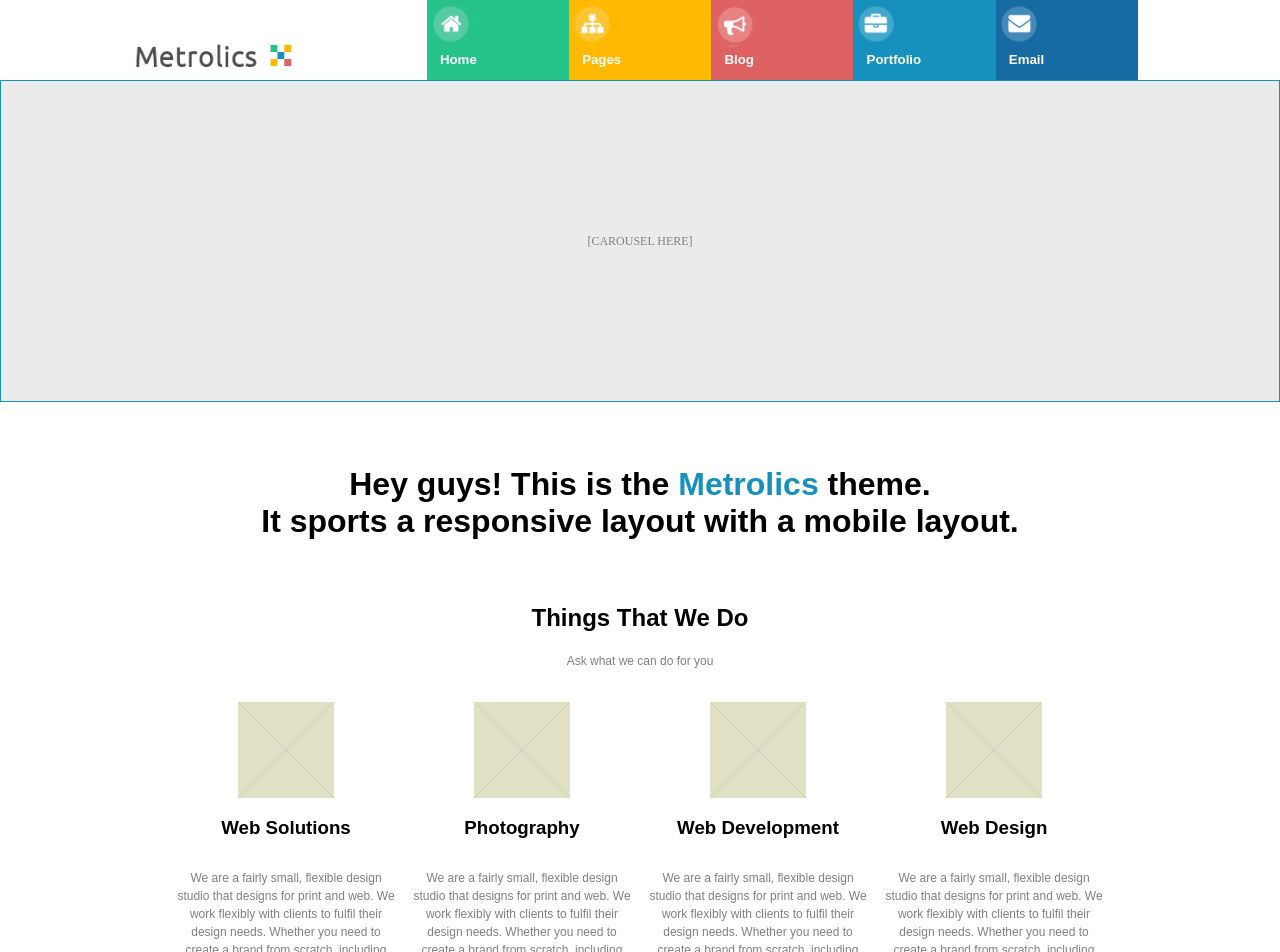
Repository: pjiang604/mdia2003-lab03b
Page: index.html
The author's editor kept a copy of each file at every save. The page is drawn from the files as they stood at one save, then again after the next save.
The browser window is 1280 px wide. The pictures show the part of the page from y = 0 to 952 px (the page is 2864 px tall).

Above is the page before, as saved 2023-01-31 21:52:32.

### index.html
<!DOCTYPE html>
<html lang="en">

<head>
    <meta charset="UTF-8">
    <meta http-equiv="X-UA-Compatible" content="IE=edge">
    <meta name="viewport" content="width=device-width, initial-scale=1.0">
    <title>Metrolics</title>
    <link rel="stylesheet" href="style.css">
    <link rel="preconnect" href="https://fonts.google.com/specimen/Ubuntu?query=ubuntu">
</head>

<body>
    <nav>
        <div class="nav row l-col-6-1 m-col-6-1 s-col-2-2">
            <div class="logoColumn">
                <img src="img/icons/logo.png" alt="logo" class="logo">
            </div>
            <a href="/">
                <div class="col hide navTab homeTab">
                    <img src="img/icons/home.png" class="navBarIcons">
                    <h5>Home</h5>
                </div>
            </a>
            <a href="/">
                <div class="col hide navTab pagesTab">
                    <img src="img/icons/pages.png" class="navBarIcons">
                    <h5> Pages</h5>
                </div>
            </a>
            <a href="/">
                <div class="col hide navTab blogTab">
                    <img src="img/icons/blog.png" class="navBarIcons">
                    <h5>Blog</h5>
                </div>
            </a>
            <a href="/">
                <div class="col hide navTab portfolioTab">
                    <img src="img/icons/portfolio.png" class="navBarIcons">
                    <h5>Portfolio</h5>
                </div>
            </a>
            <a href="/">
                <div class="col hide navTab emailTab">
                    <img src="img/icons/email.png" class="navBarIcons">
                    <h5>Email</h5>
                </div>
            </a>
            <div class="col hamburger">
                <p>[HAM MENU]</p>
            </div>
        </div>
    </nav>

    <div class="carousel hide">
        <p>[CAROUSEL HERE]</p>
    </div>

    <main>
    <div class="tagLine">
        <h1>Hey guys! This is the <span class="metroColor">Metrolics</span> theme.<br> It sports a responsive layout
            with a mobile layout.</h1>
    </div>

    <div class="services-section">
        <div class="col headerMargin">
            <h2>Things That We Do</h2>
            <p>Ask what we can do for you</p>
        </div>
        <div class="row l-col-4-1 m-col-2-1 s-col-1-4">
            <div class="col card">
                <img src="img/placeholder.svg" class="serviceImg" alt="">
                <h3>Web Solutions</h3>
                <p>We are a fairly small, flexible design studio that designs for print and web. We work flexibly with
                    clients to fulfil their design needs. Whether you need to create a brand from scratch, including
                    marketing materials.</p>
            </div>
            <div class="col card">
                <img src="img/placeholder.svg" class="serviceImg" alt="">
                <h3>Photography</h3>
                <p>We are a fairly small, flexible design studio that designs for print and web. We work flexibly with
                    clients to fulfil their design needs. Whether you need to create a brand from scratch, including
                    marketing materials.</p>

            </div>
            <div class="col card">
                <img src="img/placeholder.svg" class="serviceImg" alt="">
                <h3>Web Development</h3>
                <p>We are a fairly small, flexible design studio that designs for print and web. We work flexibly with
                    clients to fulfil their design needs. Whether you need to create a brand from scratch, including
                    marketing materials.</p>
            </div>
            <div class="col card">
                <img src="img/placeholder.svg" class="serviceImg" alt="">
                <h3>Web Design</h3>
                <p>We are a fairly small, flexible design studio that designs for print and web. We work flexibly with
                    clients to fulfil their design needs. Whether you need to create a brand from scratch, including
                    marketing materials.</p>
            </div>
        </div>
    </div>
    <div class="recent-news headerMargin">
        <div class="col">
            <h2>What's up Lately?</h2>
            <p>Read up on our latest work</p>
        </div>
        <div class="row l-col-3-1 m-col-2-1 s-col-1-4">
            <div class="col">
                <img src="img/content/pug.jpeg" class="image-post" alt="">
            </div>
            <div class="col">
                <img src="img/content/cat.jpeg" class="image-post" alt="">
            </div>
            <div class="col">
                <img src="img/content/pug.jpeg" class="image-post" alt="">
            </div>
            <div class="hidden-photo">
                <img src="img/content/cat.jpeg" class="image-post" alt="">
            </div>
        </div>
    </div>
    <div class="latest-projects-section headerMargin">
        <div class="col">
            <h2>Our Latest Projects</h2>
            <p>Client happy? We are happy.</p>
        </div>
        <div class="row l-col-3-1 m-col-2-1 s-col-1-1">
            <div class="col">
                <img src="img/content/cat.jpeg" class="image-post" alt="">
            </div>
            <div class="col">
                <img src="img/content/pug.jpeg" class="image-post" alt="">
            </div>
            <div class="col">
                <img src="img/content/cat.jpeg" class="image-post" alt="">
            </div>
            <div class="col">
                <img src="img/content/pug.jpeg" class="image-post" alt="">
            </div>
            <div class="col">
                <img src="img/content/cat.jpeg" class="image-post" alt="">
            </div>
            <div class="col">
                <img src="img/content/pug.jpeg" class="image-post" alt="">
            </div>
        </div>
    </div>

    <div class="col headerMargin">
        <h2>Things of Above</h2>
        <p>Misc stuff we could not put anyplace else</p>
    </div>
    <div class="row accordion l-col-2-1 m-col-1-2 s-col-1-1">
        <div class="col">
            <p>[ACCORDION HERE]</p>
        </div>
        <div class="col">
            <p>[TABS HERE]</p>
        </div>
    </div>



    <div class="row companies l-col-5-1 m-col-5-1">
        <div class="company-col">
            <img src="img/logos/netbeanslogo.png" class="comp-logo" alt="">
        </div>
        <div class="company-col">
            <img src="img/logos/krita.png" class="comp-logo" alt="">
        </div>
        <div class="company-col">
            <img src="img/logos/scirra.png" class="comp-logo" alt="">
        </div>
        <div class="company-col">
            <img src="img/logos/blender.png" class="comp-logo" alt="">
        </div>
        <div class="company-col">
            <img src="img/logos/inkscape.png" class="comp-logo" alt="">
        </div>
    </div>
</main>

    <footer>

        <div class="row l-col-2-4 m-col-2-4 s-col-2-1 author">
            <div class="col">
                <img src="img/content/profilepic.jpeg" class="headshot" alt="">
            </div>
            <div class="col">
                <h5>Peewee Herman</h5>
                <p>Peewee has over 10 years expeience in the industry. He is our Creative Director, digital designer,
                    web designer and front-end developer. He is also pretty good with a sketch-book. Before starting the
                    company Peewee worked as a designer and studio manager for a design house who boasted a number of
                    big name clients.</p>
            </div>
        </div>

        <div class="row l-footer-grid m-row m-footer-grid">
            <div class="col about-socials">
                <h3 class="m-row hide">About Us</h3>
                <p class="m-row hide">Lorem ipsum dolor sit amet consectetur adipisicing elit. Neque, illo! Deserunt quo
                    nostrum
                    quaerat, cum dolores aut. Recusandae voluptates, nisi a explicabo, in autem vitae eius iste
                    temporibus dolorem corporis.</p>
                <div class="row l-col-5-1 m-col-5-1 s-col-5-1">
                    <div class="col">
                        <img src="img/placeholder.svg" class="social-img" alt="">
                    </div>
                    <div class="col">
                        <img src="img/placeholder.svg" class="social-img" alt="">
                    </div>
                    <div class="col">
                        <img src="img/placeholder.svg" class="social-img" alt="">
                    </div>
                    <div class="col">
                        <img src="img/placeholder.svg" class="social-img" alt="">
                    </div>
                    <div class="col">
                        <img src="img/placeholder.svg" class="social-img" alt="">
                    </div>
                </div>
            </div>

            <div class="col flickr">
                <h3>Flickr Photos</h3>
                <div class="row l-col-3-1 m-col-3-1">
                    <div class="col">
                        <img src="img/content/cat1.jpeg" class="flickr-img" alt="">
                    </div>
                    <div class="col">
                        <img src="img/content/cat2.jpeg" class="flickr-img" alt="">
                    </div>
                    <div class="col">
                        <img src="img/content/cat3.jpeg" class="flickr-img" alt="">
                    </div>
                    <div class="col">
                        <img src="img/content/cat2.jpeg" class="flickr-img" alt="">
                    </div>
                    <div class="col">
                        <img src="img/content/cat3.jpeg" class="flickr-img" alt="">
                    </div>
                    <div class="col">
                        <img src="img/content/cat1.jpeg" class="flickr-img" alt="">
                    </div>
                </div>
            </div>

            <div class="row live-social m-col">
                <div>
                    <h3>Recent Tweets</h3>
                </div>
                <div>
                    <p>[TWEET TEXT]</p>
                </div>
                <div>
                    <p>[TWEET TEXT]</p>
                </div>
            </div>

            <div class="col newsletter">
                <div class="row m-col-1-1">
                    <h3>Newsletter</h3>
                    <div class="col">
                        <p>Lorem ipsum, dolor sit amet consectetur adipisicing elit. Quam, iusto provident labore quos
                            ipsa
                            voluptas.</p>
                    </div>
                    <div class="col">
                        <label for="email">Enter your Email...</label>
                        <input type="email" id="email">
                    </div>

                </div>
            </div>
        </div>

        <div class="row footer-decor">
            <div class="decor"></div>
            <div class="decor"></div>
            <div class="decor"></div>
            <div class="decor"></div>
            <div class="decor"></div>
        </div>

    </footer>

</body>



</html>

### style.css
:root {
    --green: #25c389;
    --yellow: #ffb901;
    --red: #de6262;
    --lightBlue: #1691bd;
    --darkBlue: #166ba2;
    --navy: #16242f;

}

html {
    height: 100vh;
    width: 100vw;
}

body {
    width: 100vw;
    margin-top: 0;
    margin-left: 0;
}


.headerMargin {
    margin: 2em 0;
}

nav,
main {
    font-family: Ubuntu, sans-serif;
    font-weight: 300;
    text-decoration: none;
    text-align: center;
    justify-content: center;
}

p {
    font-size: 12px;
    color: grey;
    line-height: 1.5em;
}

a {
    text-decoration: none;
}

.row {
    display: grid;
    row-gap: 1rem;
}

.col {
    position: relative;
}

.flickr-img {
    width: 100%;
    height:100%;
    object-fit:cover;
}


.social-img {
    width: 100%;
}


.footer-decor {
    grid-template-columns: 3fr 1fr 1fr 1fr 1fr 1fr;
}


/*Nav Bar*/

.nav {
    height: 5em;
}

nav h5 {
    color: white;
    position: absolute;
    bottom: 0;
    padding: 1em;
    margin: 0;
}

.navBarIcons {
    display: flex;
    justify-content: center;
    align-items: center;
    width: 3em;
    height: 3em;
}

.navBarIcons img {
    width: 10em;
    height: 20em;
    object-fit: cover;
}

.logo {
    width: 40%;
    height: 3em;
    object-fit: cover;
}

.logoColumn {
    display: flex;
    justify-content: center;
    margin-top: 2em;
}

.navTab {
    height: 5em;
    display: flex;
}

.homeTab {
    background-color: var(--green);
}

.pagesTab {
    background-color: var(--yellow);
}

.blogTab {
    background-color: var(--red);
}

.portfolioTab {
    background-color: var(--lightBlue);
}

.emailTab {
    background-color: var(--darkBlue);
}

.hamburger {
    display: none;
}

/*Carousel*/

.carousel {
    display: flex;
    justify-content: center;
    align-items: center;
    height: 20em;
    border: 1px solid var(--lightBlue);
    background-color: #ebebeb;
}

.carouselPicture img {
    object-fit: cover;
    width: 50em;
    height: 50em;
}

.carouselPicture {
    width: 50vw;
    height: 20vw;
    display: flex;
    align-items: center;
}

/*Tag Line*/
.tagLine {
    margin: 4em 0;
}

.metroColor {
    color: var(--lightBlue);
}

/*Services Section*/

.services-section {
    margin-left: 11em;
    margin-right: 11em;
}

.serviceImg {
    height: 6em;
    width: 6em;
    object-fit: cover;
}

.card {
    display: flex;
    flex-direction: column;
    align-items: center;
}

/*Recent News*/

.recent-news {
    margin-left: 11em;
    margin-right: 11em;
}

.image-post {
    width: 100%;
    height: 12em;
    object-fit:cover;
}

/*Latest Projects*/
.latest-projects-section {
    margin-left: 11em;
    margin-right: 11em;
}


/*Accordion*/
.accordion {
    height: 20em;
    border: 1px solid var(--lightBlue);
    margin-left: 11em;
    margin-right: 11em;

}

/*Companies*/
.companies {
    display: flex;
    margin-left: 11em;
    margin-right: 11em;
    gap:2em;
    justify-content:center;
}

.comp-logo {
    width: 12em;
    height: 8em;
}

.comp-logo img {
    width: 50%;
    height: 0.05em;
    object-fit: cover;
}

.company-col {
    background-color: #ebebeb;
}

/*FOOTER*/

footer {
    background: var(--navy);
    color: white;
    font-family: Ubuntu, sans-serif;
    font-weight: 300;
    text-decoration: none;
    padding-left:11em;
    padding-right:11em;
    padding-top:2em;
    padding-bottom:5em;
}


footer p {
    color: white;
}

.headshot {
    width: 5em;
    height: 5em;
    object-fit: cover;
    border-radius: 100%;
}

/** small/mobile version */
@media screen and (max-width:29.9375em) {
    .row {
        max-width: 70em;
        column-gap: .5rem;
        row-gap: 1.5rem;
        margin: 0 auto;

    }

    .hide,
    .flickr,
    .newsletter,
    .companies {
        display: none;
    }

    .hamburger {
        display: contents;
    }

    .s-col-1-4 {
        grid-template-columns: 4fr;
    }

    .s-col-2-2 {
        grid-template-columns: repeat(2, 2fr);
    }

    .s-col-1-1 {
        grid-template-columns: 1fr;
    }

    .s-col-5-1 {
        grid-template-columns: repeat(5, 1fr);
    }

    .s-col-2-1 {
        grid-template-columns: repeat(2, 1fr);
    }

    .footer-grid {
        display: none;
    }

    .hidden-photo {
        display: content;
        background-color: orange;
    }

    .accordion {
        display: none;
    }
}

/** medium and up. applicable for both tablet and mobile version */
@media screen and (max-width:30em) {
    .carousel {
        display: none;
    }

    .image-post.hide {
        display: contents;
    }

    .hidden-photo {
        display: content;
        background-color: orange;
    }

}

/** medium only */
@media screen and (min-width:40em) and (max-width:63.9375em) {

    .hide {
        display: contents;
    }

    .m-footer-grid {
        grid-template-columns: repeat(2, 1fr);
    }

    .m-row {
        display: grid;
        row-gap: 1rem;
    }

    .m-col {
        position: relative;
    }

    .m-col-6-1 {
        grid-template-columns: 3fr 1fr 1fr 1fr 1fr 1fr;
    }

    .m-col-2-1 {
        grid-template-columns: repeat(2, 1fr);
        column-gap: 1rem;
    }

    .m-col-5-1 {
        grid-template-columns: repeat(5, 1fr);
        column-gap: 1rem;
    }

    .m-col-2-4 {
        grid-template-columns: 1fr 4fr;
    }

    .m-col-3-1 {
        grid-template-columns: repeat(3, 1fr);
        column-gap: 1rem;
    }

    .m-col-1-1 {
        grid-template-columns: 1fr
    }

    .m-col-1-2 {
        grid-template-columns: repeat(1, 2fr);
    }

    .hidden-photo {
        display: content;
        background-color: orange;
    }

}

/** large only */
@media screen and (min-width:64em) {

    .l-col-6-1 {
        grid-template-columns: 3fr 1fr 1fr 1fr 1fr 1fr 1fr;
    }

    .l-col-4-1 {
        grid-template-columns: repeat(4, 1fr);
        column-gap: 1rem;
    }

    .l-col-3-1 {
        grid-template-columns: repeat(3, 1fr);
        column-gap: 1rem;
    }

    .l-col-5-1 {
        grid-template-columns: repeat(5, 1fr);
    }

    .l-col-2-4 {
        grid-template-columns: 1fr 4fr;
    }

    .l-col-3-1 {
        grid-template-columns: repeat(3, 1fr);
        column-gap: 1rem;
    }

    .l-col-2-1 {
        grid-template-columns: repeat(2, 1fr);
        column-gap: 1rem;
    }

    .image-post.hide {
        display: none;
    }

    .l-footer-grid {
        grid-template-columns: repeat(4, 1fr);
    }

    .hidden-photo {
        display: none;
    }

}

### img/placeholder.svg
<!-- Created with PhotoLine 21.40B9 (www.pl32.com) -->
<!DOCTYPE svg PUBLIC "-//W3C//DTD SVG 1.1//EN" "http://www.w3.org/Graphics/SVG/1.1/DTD/svg11.dtd"[]>
<svg width="1024" height="1024" version="1.1" xmlns="http://www.w3.org/2000/svg" xmlns:xlink="http://www.w3.org/1999/xlink">
  <g id="Square/Rectangle">
    <rect fill="#e0e0c4" fill-rule="evenodd" width="1024" height="1024" />
  </g>
  <path stroke-width="2" stroke-miterlimit="10" fill="none" stroke="#808080" d="M0 0 L1024 1024" />
  <g transform="matrix(0 1 -1 0 1024 0)">
    <path transform="matrix(-0 -1.000001 1.000001 -0 0.000153 1024.000854)" stroke-width="2" stroke-miterlimit="10" fill="none" stroke="#808080" d="M1024 -0 L0 1024" />
  </g>
</svg>

After the next save:
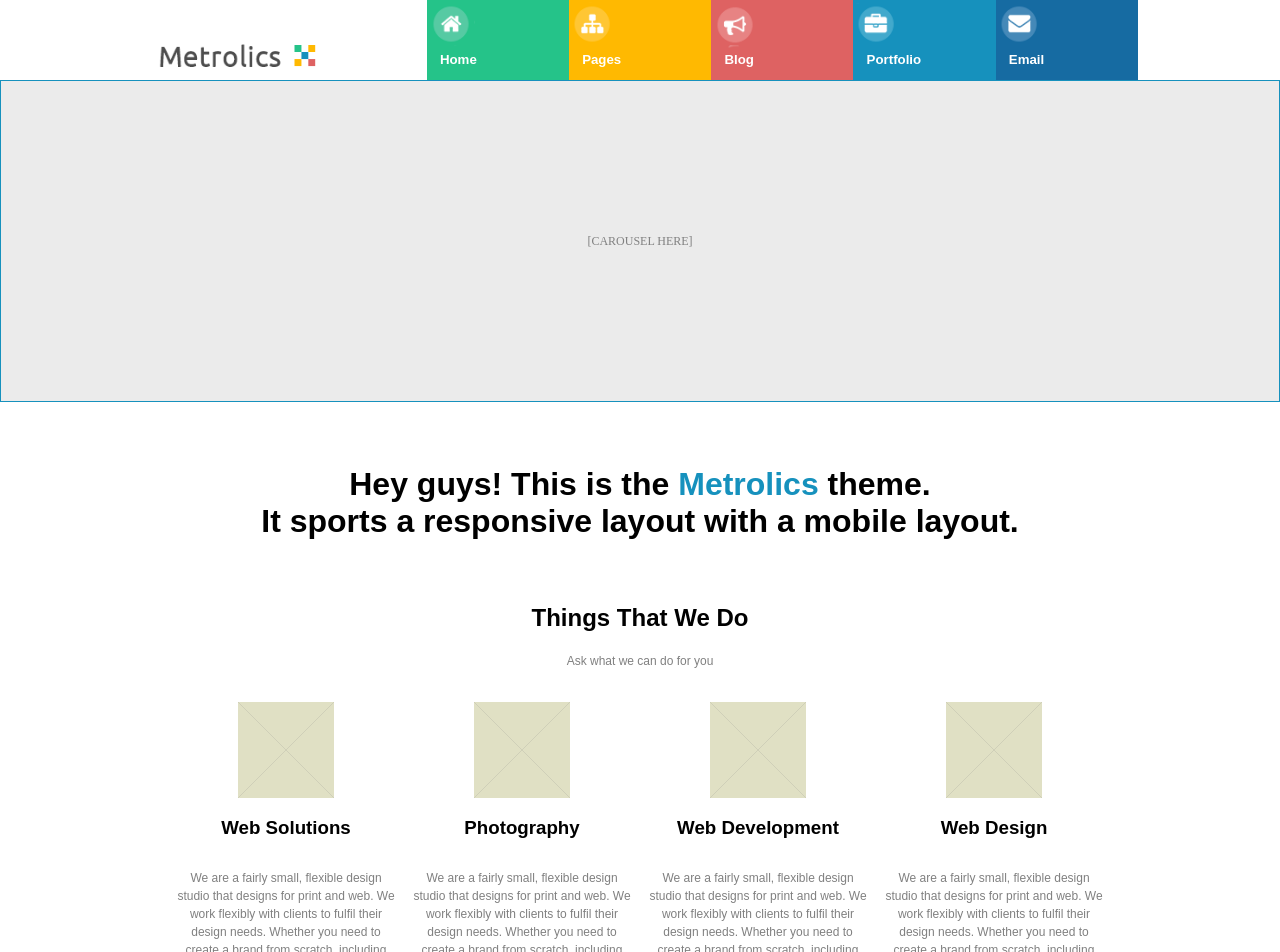
Saved 6 s later.
--- a/style.css
+++ b/style.css
@@ -101,6 +101,7 @@ nav h5 {
     width: 40%;
     height: 3em;
     object-fit: cover;
+    margin-left:3em;
 }
 
 .logoColumn {
